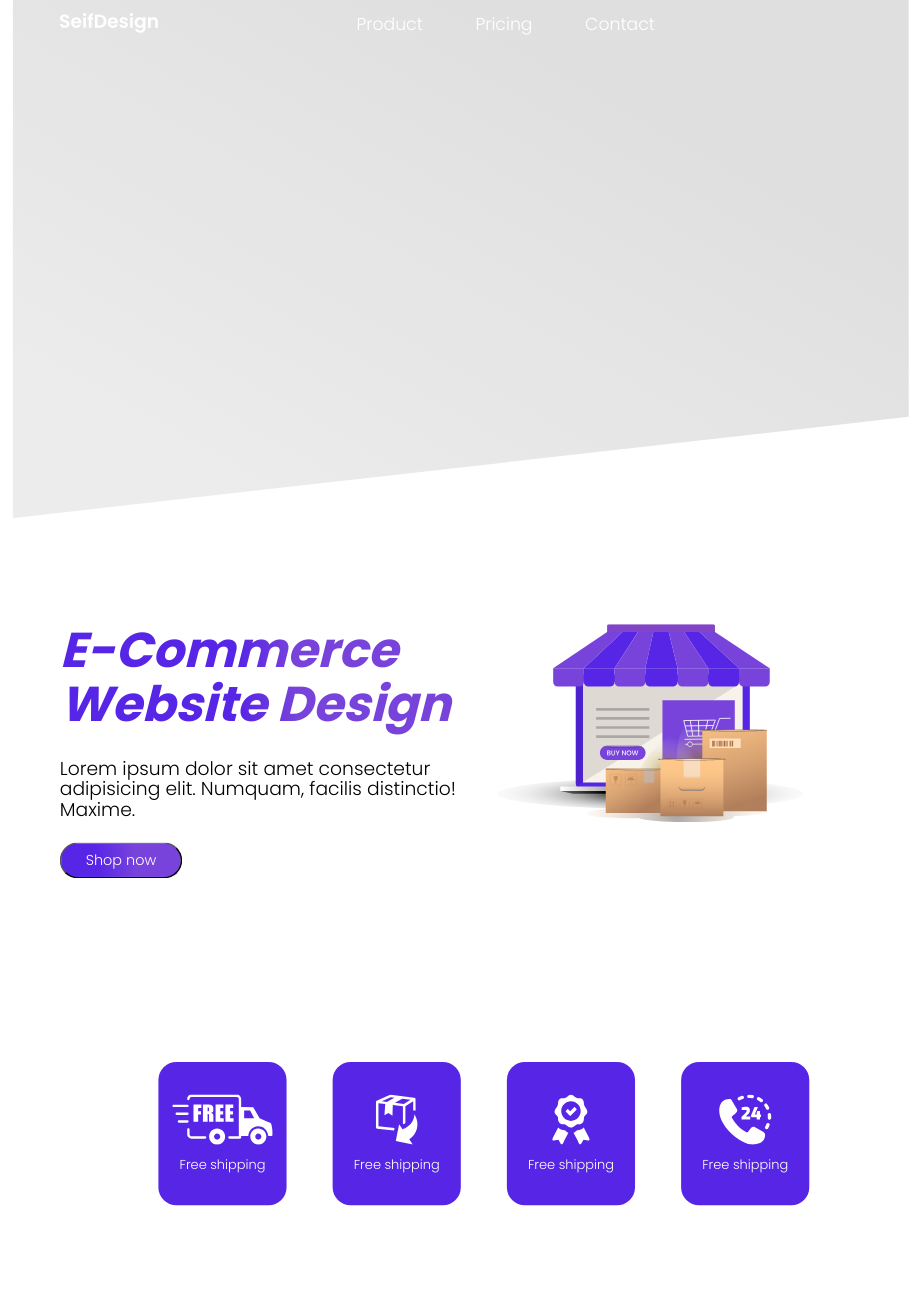
Repository: simralgasimov/newpage
Page: index.html
The author's editor kept a copy of each file at every save. The page is drawn from the files as they stood at one save, then again after the next save.
The browser window is 1280 px wide. The pictures show the whole page, at 72% of full size.
The style sheet was rebuilt from its Sass, Less or Tailwind sources for each picture, by a compiler version that may differ from the author's.

Above is the page before, as saved 2023-12-13 14:45:10.
Not found: index.js

After the next save:
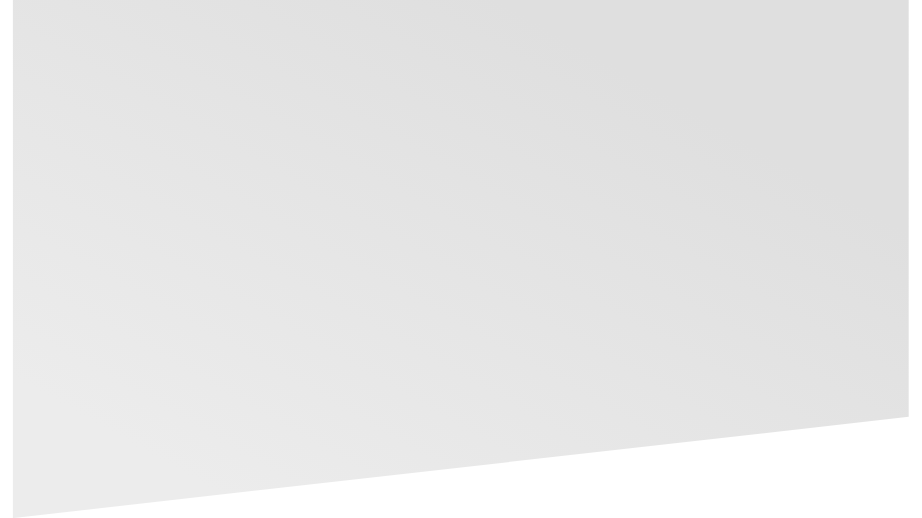
Saved 20 s later.
--- a/index.html
+++ b/index.html
@@ -9,7 +9,7 @@
   </head>
   <body>
     <div class="container">
-      <nav>
+      <!-- <nav>
         <div class="logo">
           <img src=".//image/SeifDesign.svg" alt="" />
         </div>
@@ -58,7 +58,7 @@
           </li>
         </ul>
       </div>
-    </div>
+    </div> -->
   </body>
   <script src="./index.js"></script>
 </html>
